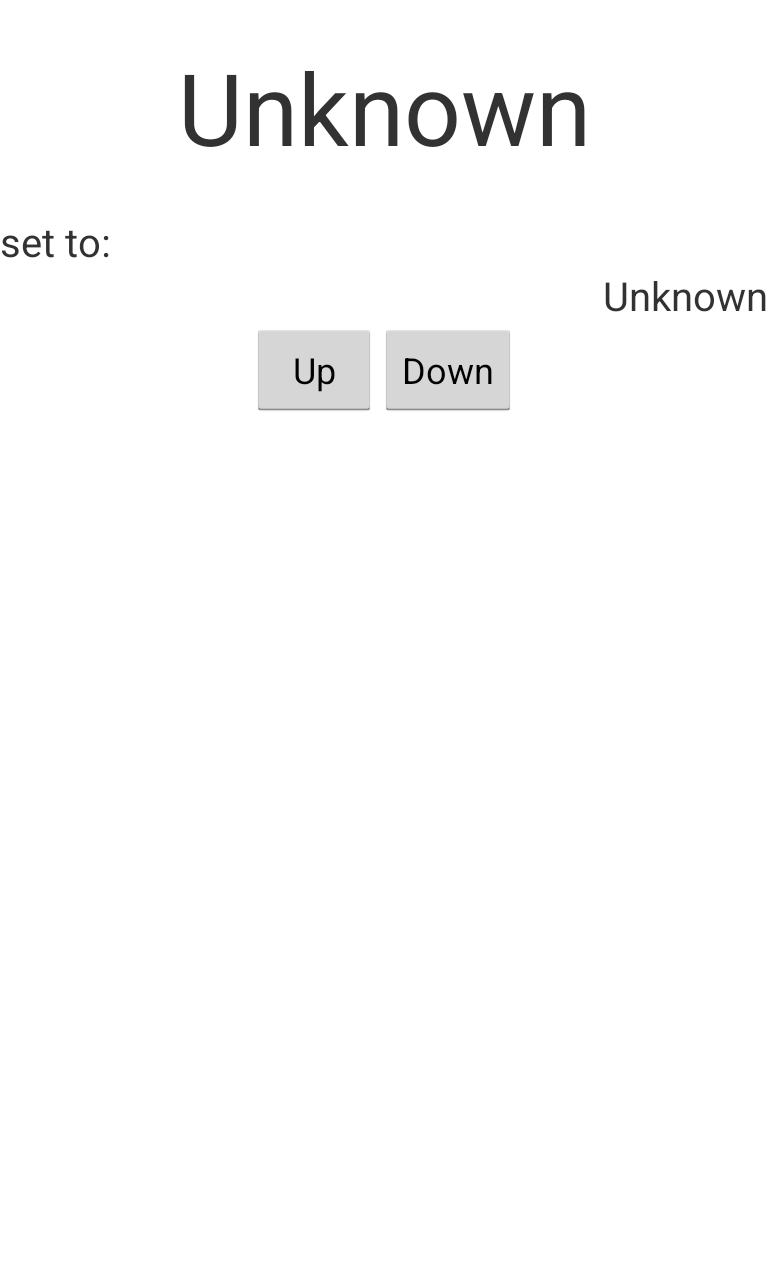
Repository: finerrecliner/SmartVent
Layout: SmartVent/res/layout/activity_room.xml
These files come from the project's save history. The layout is drawn as it stood at one moment and after the next save; the edit follows.
It is drawn on a 768 x 1280 px phone screen (xhdpi) without system bars, with theme AppTheme; the app's code is not run.

Above is the layout before, as saved 2013-11-03 16:35:39.

After the next save:
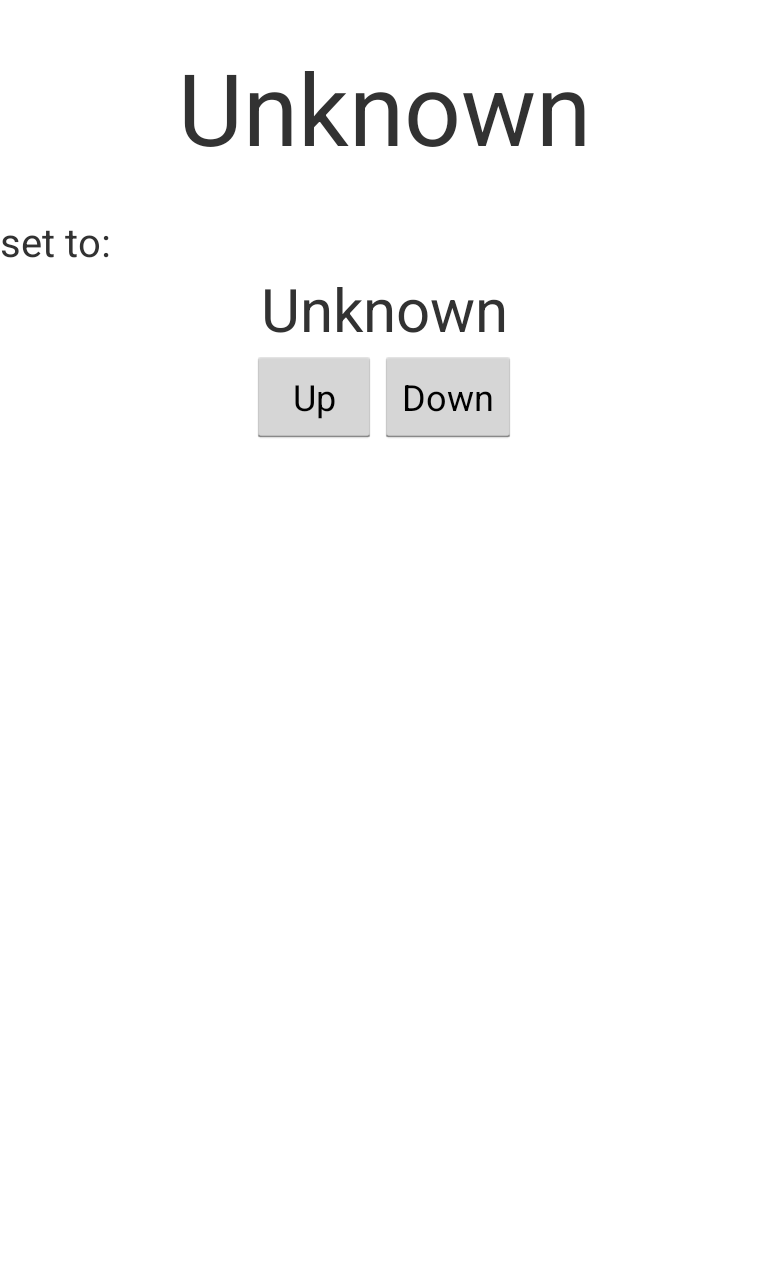
Saved 6 s later.
--- a/SmartVent/res/layout/activity_room.xml
+++ b/SmartVent/res/layout/activity_room.xml
@@ -28,9 +28,9 @@
         android:id="@+id/set_temp_val"
         android:layout_width="fill_parent"
         android:layout_height="wrap_content"
-        android:gravity="right"
+        android:gravity="center"
         android:text="@string/unknown"
-        android:textSize="20sp" />
+        android:textSize="30sp" />
 
 	<LinearLayout
         android:id="@+id/set_temp_buttons"
